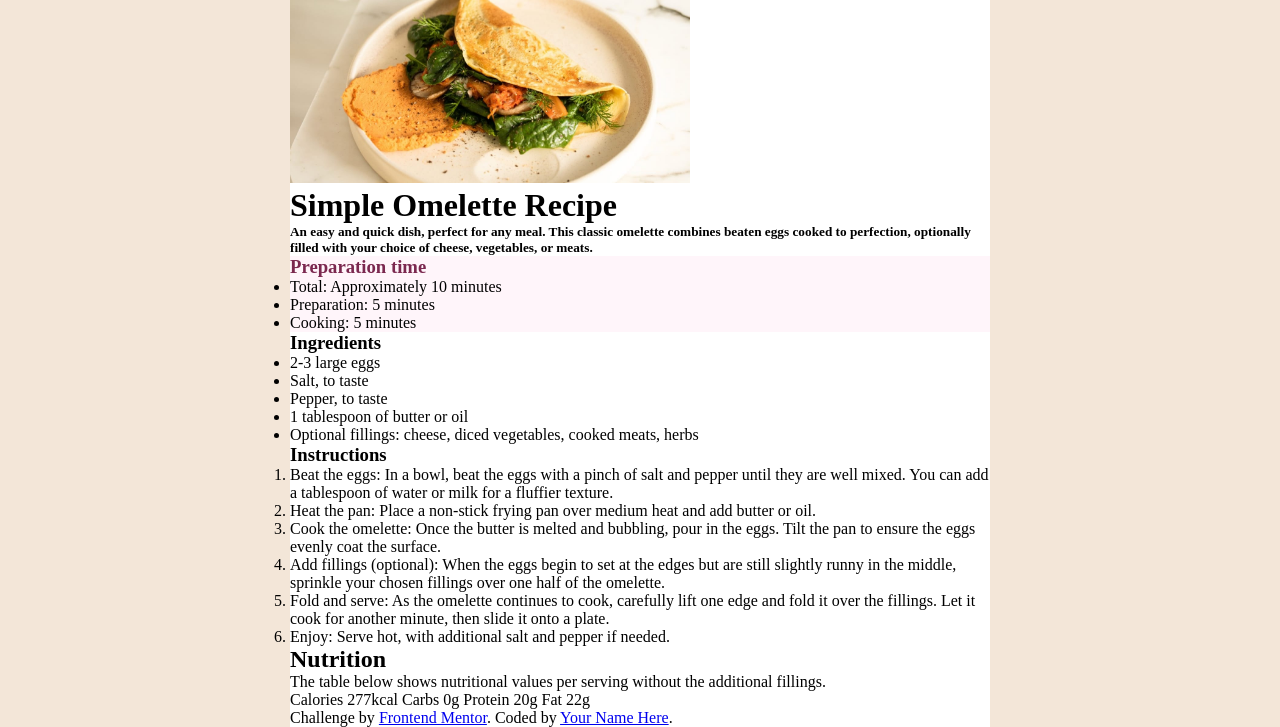
Repository: sodmaq/recipe-page-
Page: index.html
The author's editor kept a copy of each file at every save. The page is drawn from the files as they stood at one save, then again after the next save.
The browser window is 1280 px wide. The pictures show the whole page.

Above is the page before, as saved 2024-09-07 19:05:47.

### index.html
<!DOCTYPE html>
<html lang="en">
  <head>
    <meta charset="UTF-8" />
    <meta name="viewport" content="width=device-width, initial-scale=1.0" />
    <!-- displays site properly based on user's device -->
    <link rel="stylesheet" href="style.css" />

    <link
      rel="icon"
      type="image/png"
      sizes="32x32"
      href="./assets/images/favicon-32x32.png"
    />

    <title>Frontend Mentor | Recipe page</title>

    <!-- Feel free to remove these styles or customise in your own stylesheet 👍 -->
    <!-- <style>
      .attribution {
        font-size: 11px;
        text-align: center;
      }
      .attribution a {
        color: hsl(228, 45%, 44%);
      }
    </style> -->
  </head>
  <body>
    <div class="container">
      <header>
        <img src="/assets/images/image-omelette.jpeg" alt="" />
        <h1>Simple Omelette Recipe</h1>
        <h5>
          An easy and quick dish, perfect for any meal. This classic omelette
          combines beaten eggs cooked to perfection, optionally filled with your
          choice of cheese, vegetables, or meats.
        </h5>
      </header>
      <article>
        <div class="preparation">
          <h3 id="text">Preparation time</h3>
          <ul>
            <li>Total: Approximately 10 minutes</li>
            <li>Preparation: 5 minutes</li>
            <li>Cooking: 5 minutes</li>
          </ul>
        </div>
        <h3>Ingredients</h3>
        <ul>
          <li>2-3 large eggs</li>
          <li>Salt, to taste</li>
          <li>Pepper, to taste</li>
          <li>1 tablespoon of butter or oil</li>
          <li>
            Optional fillings: cheese, diced vegetables, cooked meats, herbs
          </li>
        </ul>

        <h3><p>Instructions</p></h3>

        <ol>
          <li>
            Beat the eggs: In a bowl, beat the eggs with a pinch of salt and
            pepper until they are well mixed. You can add a tablespoon of water
            or milk for a fluffier texture.
          </li>
          <li>
            Heat the pan: Place a non-stick frying pan over medium heat and add
            butter or oil.
          </li>
          <li>
            Cook the omelette: Once the butter is melted and bubbling, pour in
            the eggs. Tilt the pan to ensure the eggs evenly coat the surface.
          </li>
          <li>
            Add fillings (optional): When the eggs begin to set at the edges but
            are still slightly runny in the middle, sprinkle your chosen
            fillings over one half of the omelette.
          </li>
          <li>
            Fold and serve: As the omelette continues to cook, carefully lift
            one edge and fold it over the fillings. Let it cook for another
            minute, then slide it onto a plate.
          </li>
          <li>Enjoy: Serve hot, with additional salt and pepper if needed.</li>
        </ol>

        <h1>Nutrition</h1>
        <p>
          The table below shows nutritional values per serving without the
          additional fillings.
        </p>

        Calories 277kcal Carbs 0g Protein 20g Fat 22g
      </article>

      <div class="attribution">
        Challenge by
        <a href="https://www.frontendmentor.io?ref=challenge" target="_blank"
          >Frontend Mentor</a
        >. Coded by <a href="#">Your Name Here</a>.
      </div>
    </div>
  </body>
</html>

### style.css
* {
  margin: 0;
  padding: 0;
  box-sizing: border-box;
}

body {
  background-color: hsl(30, 54%, 90%);
}
.container {
  width: 700px;
  margin-left: auto;
  margin-right: auto;
  background-color: hsl(0, 0%, 100%);
}
img {
  width: 400px;
}
.preparation {
  background-color: hsl(330, 100%, 98%);
}
#text {
  color: hsl(332, 51%, 32%);
}

After the next save:
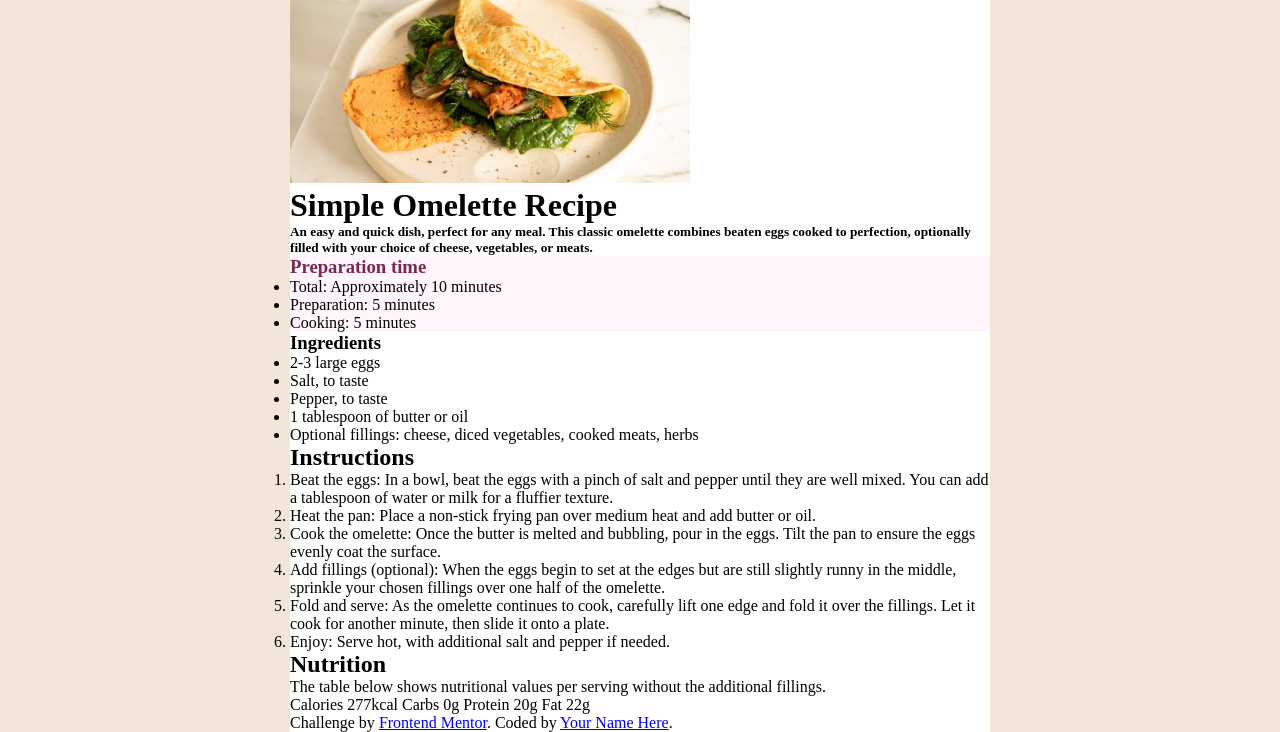
Saved 10 s later.
--- a/index.html
+++ b/index.html
@@ -57,7 +57,7 @@
           </li>
         </ul>
 
-        <h3><p>Instructions</p></h3>
+        <h2><p>Instructions</p></h2>
 
         <ol>
           <li>
